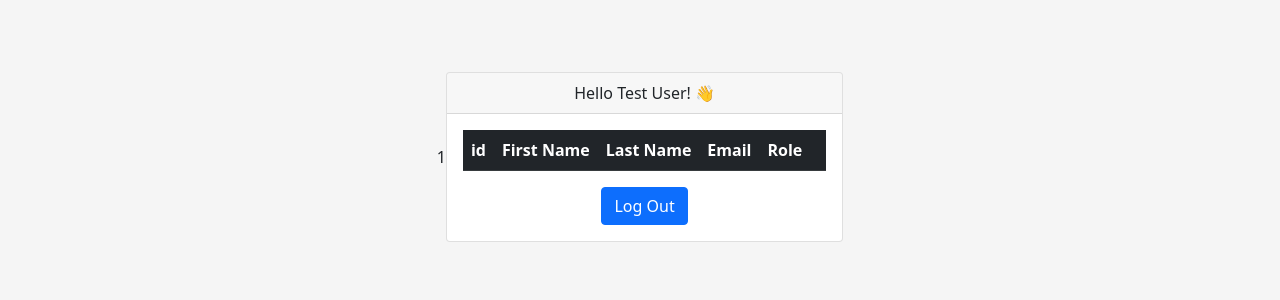
Repository: rabin-bhandari/LOGIN-SIGNUP
Page: http://localhost/welcome.php
The author's editor kept a copy of each file at every save. The page is drawn from the files as they stood at one save, then again after the next save.
The browser window is 1280 px wide. The pictures show the whole page.
Some web libraries are served in a nearby version. The page is run by PHP 8.4 with error messages shown; the project is at /var/www/html/. The session is filled in as if someone had signed in: {"email": "test@example.com", "first_name": "Test User", "last_name": "Test User", "id": 1, "admin": 1}. Other server files are loaded and not shown. Queries for data that is not in the repository find no rows.

Above is the page before, as saved 2022-03-27 23:59:25.

### welcome.php
<?php

session_start();
include "connection.php";

if (isset($_SESSION['id']) && isset($_SESSION['email'])) {
?>
  <!DOCTYPE html>
  <html lang="en">

  <head>
    <!-- Required meta tags -->
    <meta charset="utf-8" />
    <meta name="viewport" content="width=device-width, initial-scale=1" />

    <!-- Bootstrap CSS -->
    <link href="https://cdn.jsdelivr.net/npm/bootstrap@5.1.3/dist/css/bootstrap.min.css" rel="stylesheet" integrity="sha384-1BmE4kWBq78iYhFldvKuhfTAU6auU8tT94WrHftjDbrCEXSU1oBoqyl2QvZ6jIW3" crossorigin="anonymous" />
    <link rel="stylesheet" href="https://cdnjs.cloudflare.com/ajax/libs/font-awesome/4.7.0/css/font-awesome.min.css">
    <link rel="stylesheet" href="main.css" />
    <title>Welcome</title>
  </head>

  <?php
  echo $_SESSION['admin'];
  if ($_SESSION['admin'] == 1) {
  ?>

    <body>
      <div class="admin-container">
        <div class="card text-center">
          <div class="card-header">
            Hello <?php echo $_SESSION['first_name']; ?>! <span class="wave">👋</span>


          </div>
          <div class="card-body">

            <table class="table table-hover">
              <thead class="table-dark">
                <tr>
                  <th scope="col">id</th>
                  <th scope="col">First Name</th>
                  <th scope="col">Last Name</th>
                  <th scope="col">Email</th>
                  <th scope="col">Role</th>
                  <th scope="col"></th>
                </tr>
              </thead>
              <tbody>
                <?php
                $sql = "SELECT * FROM users";
                $result = mysqli_query($conn, $sql);
                while ($row_user = mysqli_fetch_array($result)) {
                  $id = $row_user['id'];
                  $first_name = $row_user['first_name'];
                  $last_name = $row_user['last_name'];
                  $email = $row_user['email'];
                  $admin = $row_user['admin'];

                ?>
                  <tr>
                    <th scope="row"><?php echo $id; ?></th>
                    <td><?php echo $first_name; ?></td>
                    <td><?php echo $last_name; ?></td>
                    <td><?php echo $email; ?></td>
                    <td><?php echo ($admin == 1) ? 'admin' : 'user'; ?></td>
                    <td>
                      <!-- Button trigger modal -->
                      <button class="btn btn-danger btn-sm" type="button" data-bs-toggle="modal" data-bs-target="#ModalCenter<?php echo $id; ?>"><i class="fa fa-pencil"></i></button>

                      <!-- Modal -->
                      <div class="modal fade" id="ModalCenter<?php echo $id; ?>" tabindex="-1" role="dialog" aria-labelledby="ModalCenterTitle" aria-hidden="true">
                        <div class="modal-dialog modal-dialog-centered" role="document">
                          <div class="modal-content">
                            <div class="modal-header">
                              <h5 class="modal-title" id="ModalCenterTitle">Edit User</b></h5>
                              <button type="button" class="close" data-bs-dismiss="modal" aria-label="Close">
                                <span aria-hidden="true">&times;</span>
                              </button>
                            </div>
                            <div class="modal-body">
                              <form id="edit-form" method="post" action="edit_user.php" class="needs-validation" novalidate>
                                <div class="row g-3 mb-3">
                                  <div class="col-md-6">
                                    <label for="first-name" class="form-label">First name</label>
                                    <input type="text" class="form-control" id="first-name" placeholder="<?php echo $first_name; ?>" disabled>
                                  </div>
                                  <div class="col-md-6">
                                    <label for="last-name" class="form-label">Last name</label>
                                    <input type="text" class="form-control" id="last-name" placeholder="<?php echo $last_name; ?>" disabled>
                                  </div>
                                </div>
                                <div class="row g-3 mb-3">
                                  <div class="col-md-7">
                                    <label for="email" class="form-label">Email</label>
                                    <input type="email" class="form-control" id="email" placeholder="<?php echo $email; ?>" disabled />
                                  </div>
                                  <div class="col-md-5 mb-3">
                                    <label for="role" class="form-label">Role</label>
                                    <select class="form-select" name="role" id="role" aria-describedby="validationServer04Feedback" required>
                                      <option selected value="<?php echo $admin; ?>"><?php echo ($admin == 1) ? 'Admin' : 'User'; ?></option>
                                      <option value="<?php echo ($admin == 1) ? 0 : 1; ?>"><?php echo ($admin == 0) ? 'Admin' : 'User'; ?></option>
                                    </select>
                                  </div>

                                </div>
                                <hr />
                                <div class="form-row">
                                  <p>Set New Password</p>
                                </div>
                                <div class="form-row">
                                  <div class="mb-3">
                                    <input type="password" class="form-control" name="newPass" id="newPass" name="newPass" placeholder="Enter Password" required />
                                  </div>
                                </div>
                                <div class="form-row">
                                  <div class="mb-3">
                                    <input type="password" class="form-control" name="newPass2" id="newPass2" name="newPass2" oninput="validate_edit_pw2(this)" placeholder="Re-Enter Password" required />
                                    <div class="invalid-feedback">
                                      Password's do not match!
                                    </div>
                                  </div>
                                </div>
                                <input type="hidden" id="id" name="id" value="<?php echo $id; ?>">
                                <button type="submit" class="btn btn-primary">Save changes</button>

                              </form>
                              <div class="modal-footer">
                                <button type="button" class="btn btn-danger" data-bs-dismiss="modal">Delete Account</button>
                              </div>
                            </div>

                          </div>
                        </div>
                      </div>
                    </td>


                  </tr>
                <?php } ?>
              </tbody>
            </table>
            <a href="logout.php" class="btn btn-primary">Log Out</a>
          </div>
        </div>
      </div>

    <?php
  } else {
    ?>

      <body>
        <div class="container">
          <div class="card text-center">
            <div class="card-header">
              WELCOME USER!
            </div>
            <div class="card-body">
              <h5 class="card-title">Hi <?php echo $_SESSION['first_name']; ?></h5>
              <p class="card-text">You've successfully logged in.</p>
              <a href="logout.php" class="btn btn-primary">Log Out</a>
            </div>
          </div>
        </div>
      <?php
    }
      ?>
      <script src="https://code.jquery.com/jquery-3.6.0.min.js" integrity="sha256-/xUj+3OJU5yExlq6GSYGSHk7tPXikynS7ogEvDej/m4=" crossorigin="anonymous"></script>
      <script src="https://cdn.jsdelivr.net/npm/jquery-validation@1.19.3/dist/jquery.validate.min.js"></script>
      <script src="https://cdn.jsdelivr.net/npm/@popperjs/core@2.10.2/dist/umd/popper.min.js" integrity="sha384-7+zCNj/IqJ95wo16oMtfsKbZ9ccEh31eOz1HGyDuCQ6wgnyJNSYdrPa03rtR1zdB" crossorigin="anonymous"></script>
      <script src="https://cdn.jsdelivr.net/npm/bootstrap@5.1.3/dist/js/bootstrap.min.js" integrity="sha384-QJHtvGhmr9XOIpI6YVutG+2QOK9T+ZnN4kzFN1RtK3zEFEIsxhlmWl5/YESvpZ13" crossorigin="anonymous"></script>
      <script src="validation.js"></script>
      </body>

  </html>

<?php
} else {
  header("Location: index.php");
  exit();
}

?>

### connection.php
<?php

$sname = "localhost";
$uname = "root";
$password = "";
$db_name = "LOGIN-SIGNUP";

$conn = mysqli_connect($sname, $uname, $password, $db_name);

if (!$conn) {
    echo "Connection failed";
}

### main.css
body {
  display: flex;
  justify-content: center;
  align-items: center;
  padding-top: 10vh;
  background-color: #f5f5f5;
}

.container {
  display: table;
  max-width: 50vw;
  margin: 50px auto;
}

.nav-tabs .nav-link {
  margin-bottom: -2px;
}

form {
  padding: 30px;
  background-color: #fff;
}

### validation.js
(function () {
  "use strict";

  // Fetch all the forms we want to apply custom Bootstrap validation styles to
  var forms = document.querySelectorAll(".needs-validation");

  // Loop over them and prevent submission
  Array.prototype.slice.call(forms).forEach(function (form) {
    form.addEventListener(
      "submit",
      function (event) {
        if (!form.checkValidity()) {
          event.preventDefault();
          event.stopPropagation();
        }
        form.classList.add("was-validated");
      },
      false
    );
  });
})();

function validate_pw2(pw2) {
  if (pw2.value !== $("#validation1").val()) {
    pw2.setCustomValidity("invalid");
  } else {
    pw2.setCustomValidity(""); // is valid
  }
}

function validate_edit_pw2(pw2) {
  if (pw2.value !== $("#newPass").val()) {
    pw2.setCustomValidity("invalid");
  } else {
    pw2.setCustomValidity(""); // is valid
  }
}

After the next save:
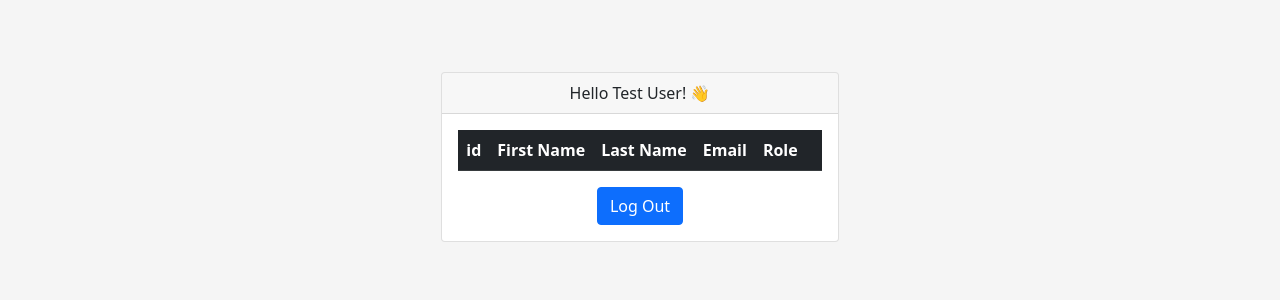
Saved 5 s later.
--- a/welcome.php
+++ b/welcome.php
@@ -21,7 +21,6 @@ if (isset($_SESSION['id']) && isset($_SESSION['email'])) {
   </head>
 
   <?php
-  echo $_SESSION['admin'];
   if ($_SESSION['admin'] == 1) {
   ?>
 
